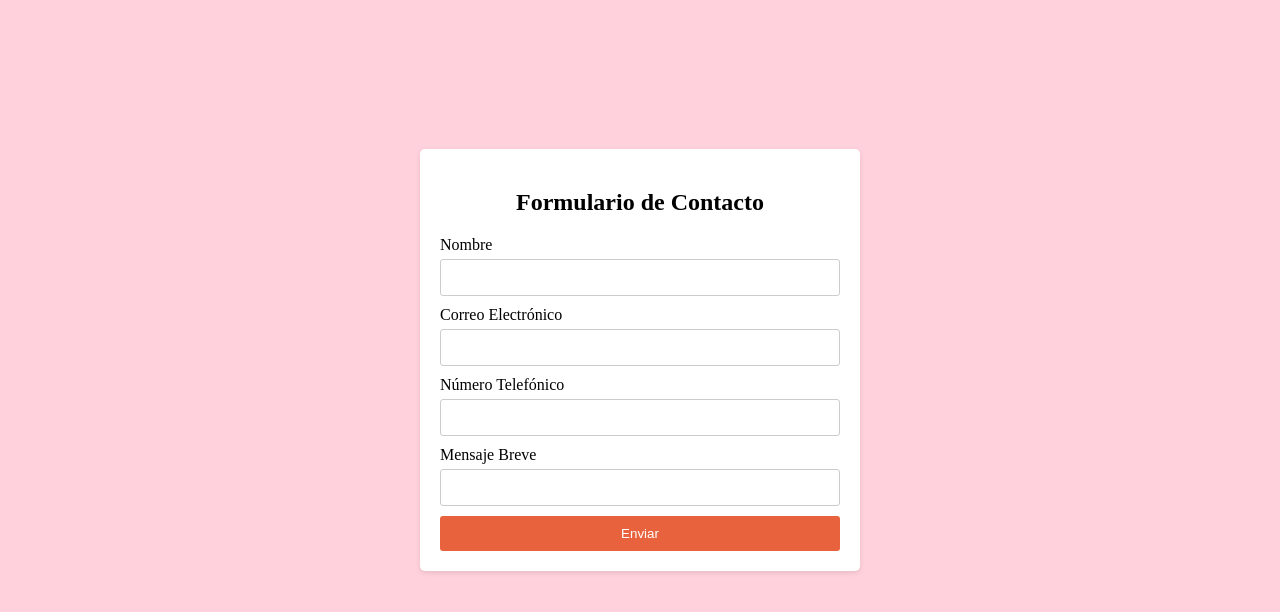
Repository: UVMCoyoacan/InnovaWeb
Page: indexformu.html
The author's editor kept a copy of each file at every save. The page is drawn from the files as they stood at one save, then again after the next save.
The browser window is 1280 px wide. The pictures show the whole page.

Above is the page before, as saved 2024-03-01 10:32:15.

After the next save:
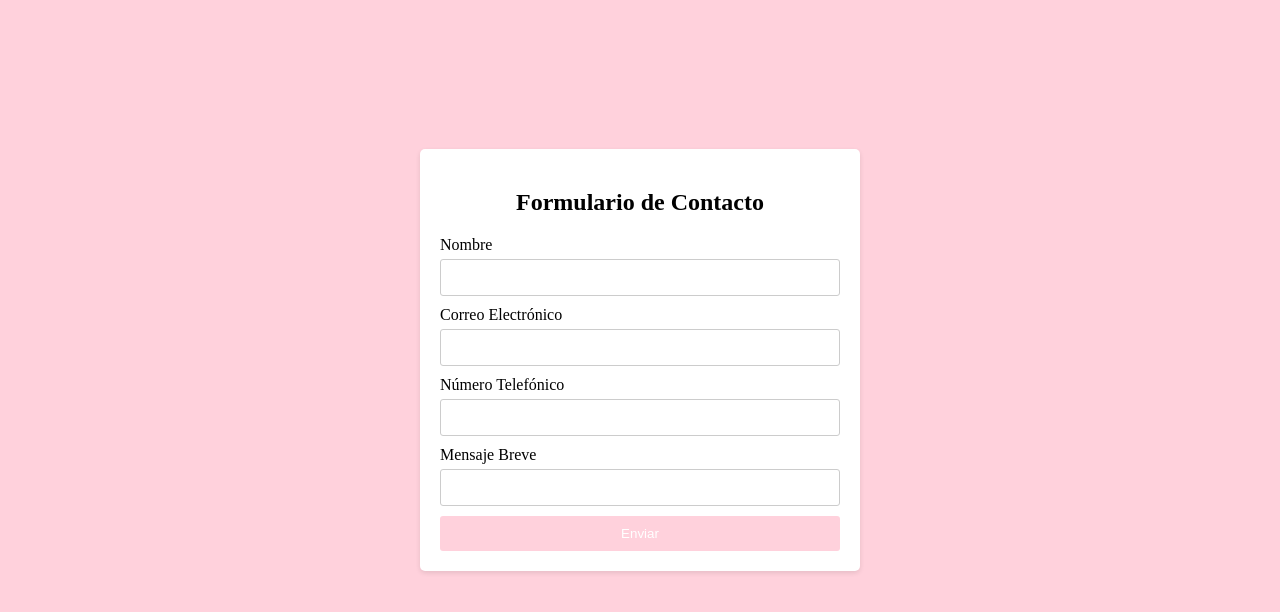
Saved 67 s later.
--- a/indexformu.html
+++ b/indexformu.html
@@ -40,7 +40,7 @@
             box-sizing: border-box;
         }
         input[type="submit"] {
-            background-color: #E8623E;
+            background-color: #ffd1dc;
             color: #fff;
             border: none;
             padding: 10px 20px;
@@ -50,7 +50,7 @@
             display: block;
         }
         input[type="submit"]:hover {
-            background-color: #D64931;
+            background-color: #ffd1dc;
         }
     </style>
 </head>
